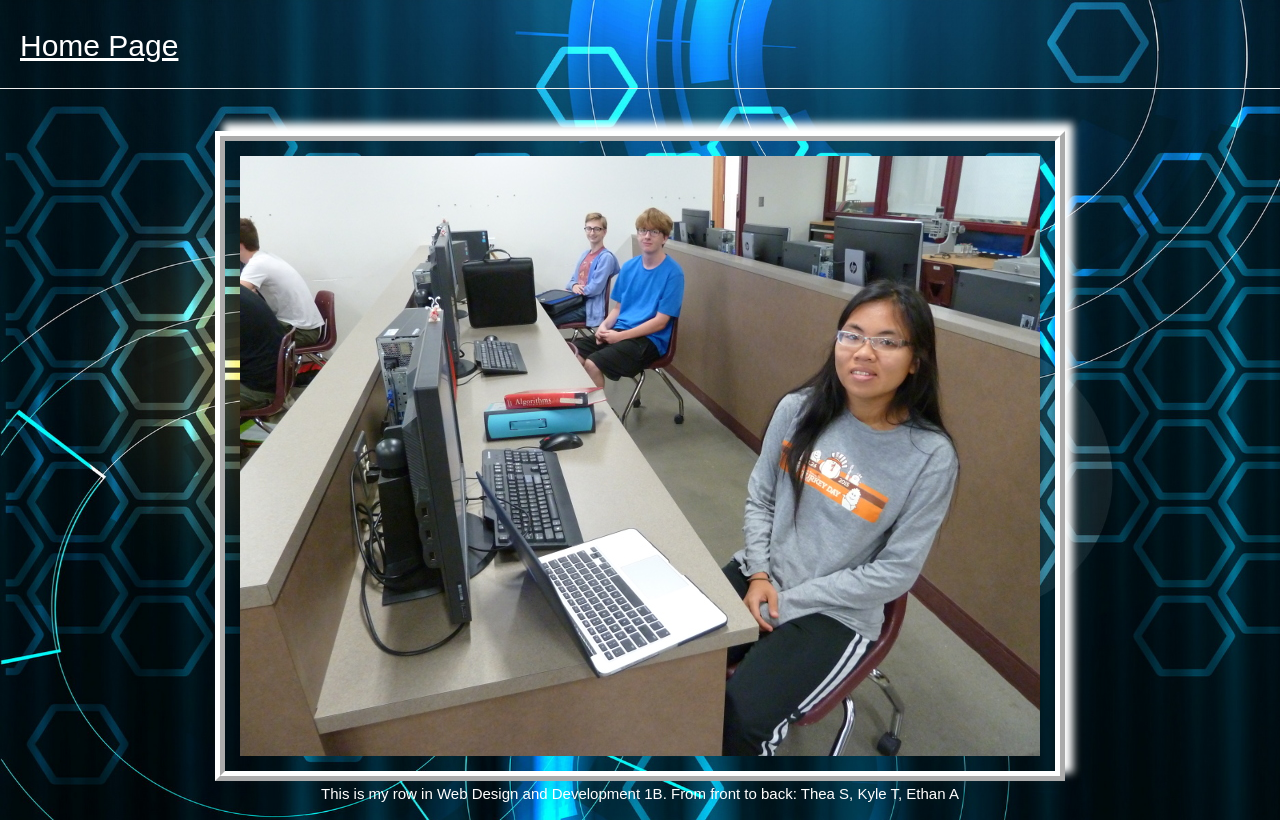
Repository: m-rabbit/b1_sukianto_code
Page: websites/MySchoolDay/pages/pic06.html
These files come from the project's save history. The page is drawn as it stood at one moment and after the next save; the edit follows.
The browser window is 1280 px wide. The pictures show the whole page.

Above is the page before, as saved 2016-10-31 14:15:09.

After the next save:
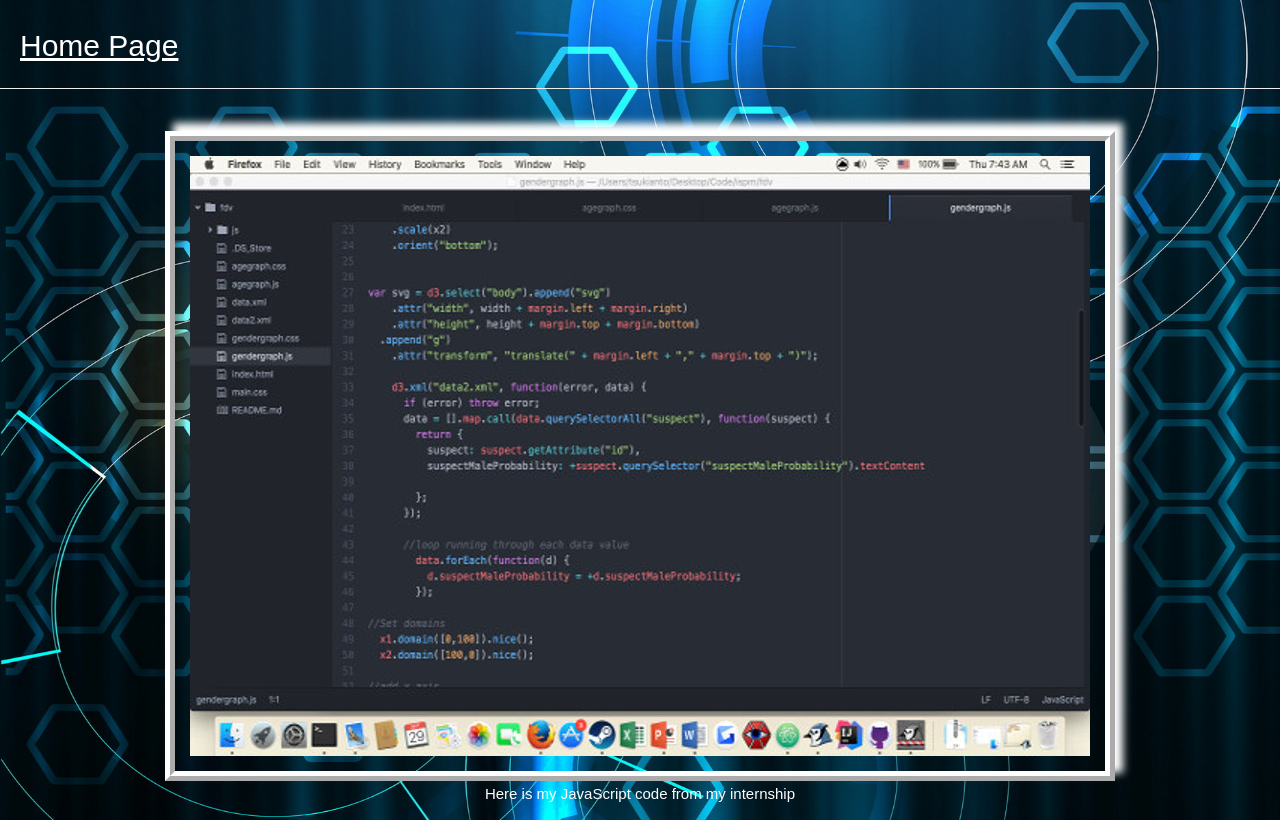
Saved 40 s later.
--- a/websites/MySchoolDay/pages/pic06.html
+++ b/websites/MySchoolDay/pages/pic06.html
@@ -4,7 +4,7 @@
 
 	<head>
 		<meta charset="UTF-8">
-		<title>Web Design Row</title>
+		<title>JavaScript with Atom</title>
 		<link rel="stylesheet" type="text/css" href="../css/w3.css">
 		<link rel="stylesheet" type="text/css" href="../css/school.css">
 		<script src="../js/jquery-3.1.0.min.js"></script>
@@ -29,12 +29,12 @@
 
 		<div align="center">
 
-			<img class="piccenter" src="../images/row_800.JPG" alt="row">
+			<img class="piccenter" src="../images/bsu_900.jpg" alt="bsu code 900">
 
 		</div>
 
 		<div style= "width:70%;margin:auto">
 
-		<div style="text-align: center">This is my row in Web Design and Development 1B. From front to back: Thea S, Kyle T, Ethan A</p>
+		<div style="text-align: center">Here is my JavaScript code from my internship</p>
 		</div>
 	</body>
